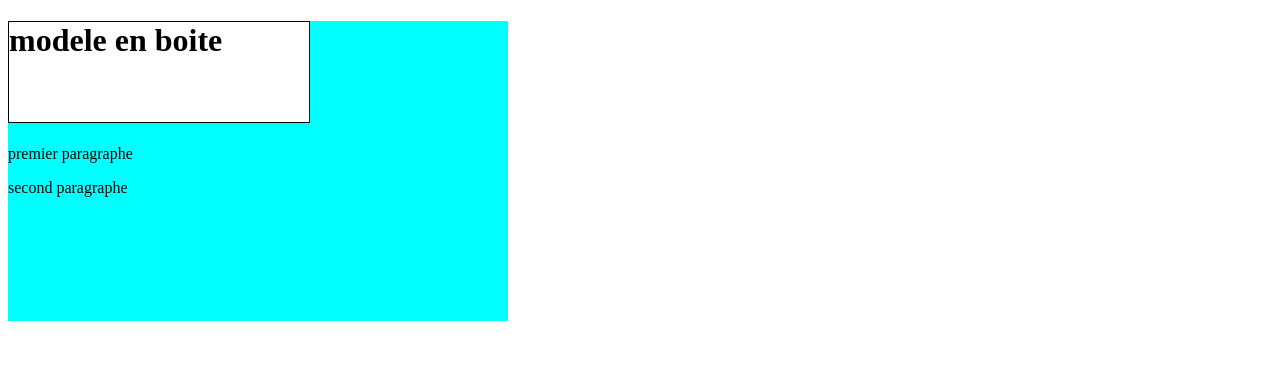
Repository: Poulpyto/fitec
Page: workspaceHtmlFlo/PremierTp_htmlCss/WebContent/erreur_model_en_boite.html
These files come from the project's save history. The page is drawn as it stood at one moment and after the next save; the edit follows.
The browser window is 1280 px wide. The pictures show the whole page.

Above is the page before, as saved 2017-04-04 08:22:35.

### workspaceHtmlFlo/PremierTp_htmlCss/WebContent/erreur_model_en_boite.html
<!DOCTYPE html>
<html>
<head>
<meta charset="UTF-8">
<link rel="stylesheet" href="css/style6.css" />
<title>model en boite en erreur</title>
</head>
<body>
<div>
		<h1> modele en boite</h1>
		<p class="p1">premier paragraphe</p>
		<p class="p2">second paragraphe </p>
	</div>
</body>
</html>

### workspaceHtmlFlo/PremierTp_htmlCss/WebContent/css/style6.css
@CHARSET "UTF-8";


div{
	background-color: cyan;
	width:500px;
	height:300px;
}

h1{
	width:300px;
	height: 100px;
	background-color: white;
	border: 1px solid black;
}

After the next save:
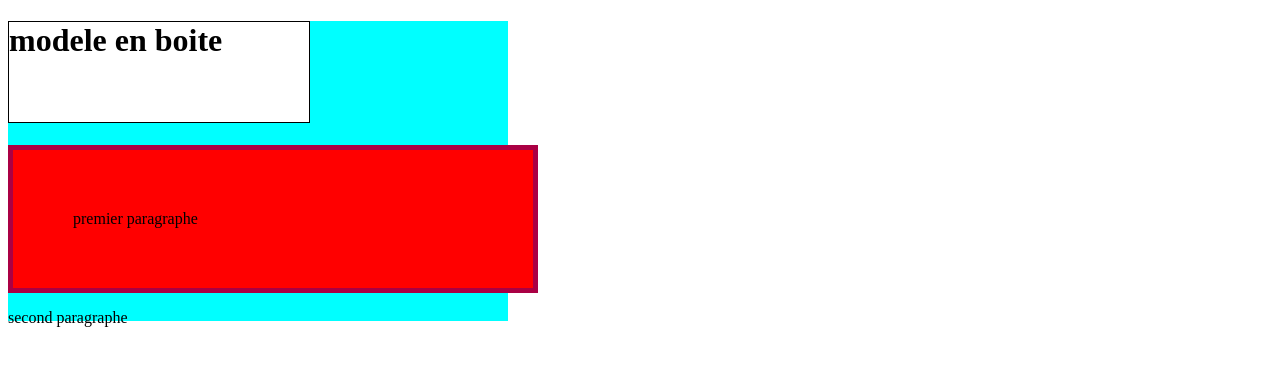
Saved 86 s later.
--- a/workspaceHtmlFlo/PremierTp_htmlCss/WebContent/css/style6.css
+++ b/workspaceHtmlFlo/PremierTp_htmlCss/WebContent/css/style6.css
@@ -13,3 +13,10 @@ h1{
 	background-color: white;
 	border: 1px solid black;
 }
+
+.p1 {
+	width:400px;
+	background-color: red;
+	padding: 60px;
+	border: 5px solid #A04;
+}
